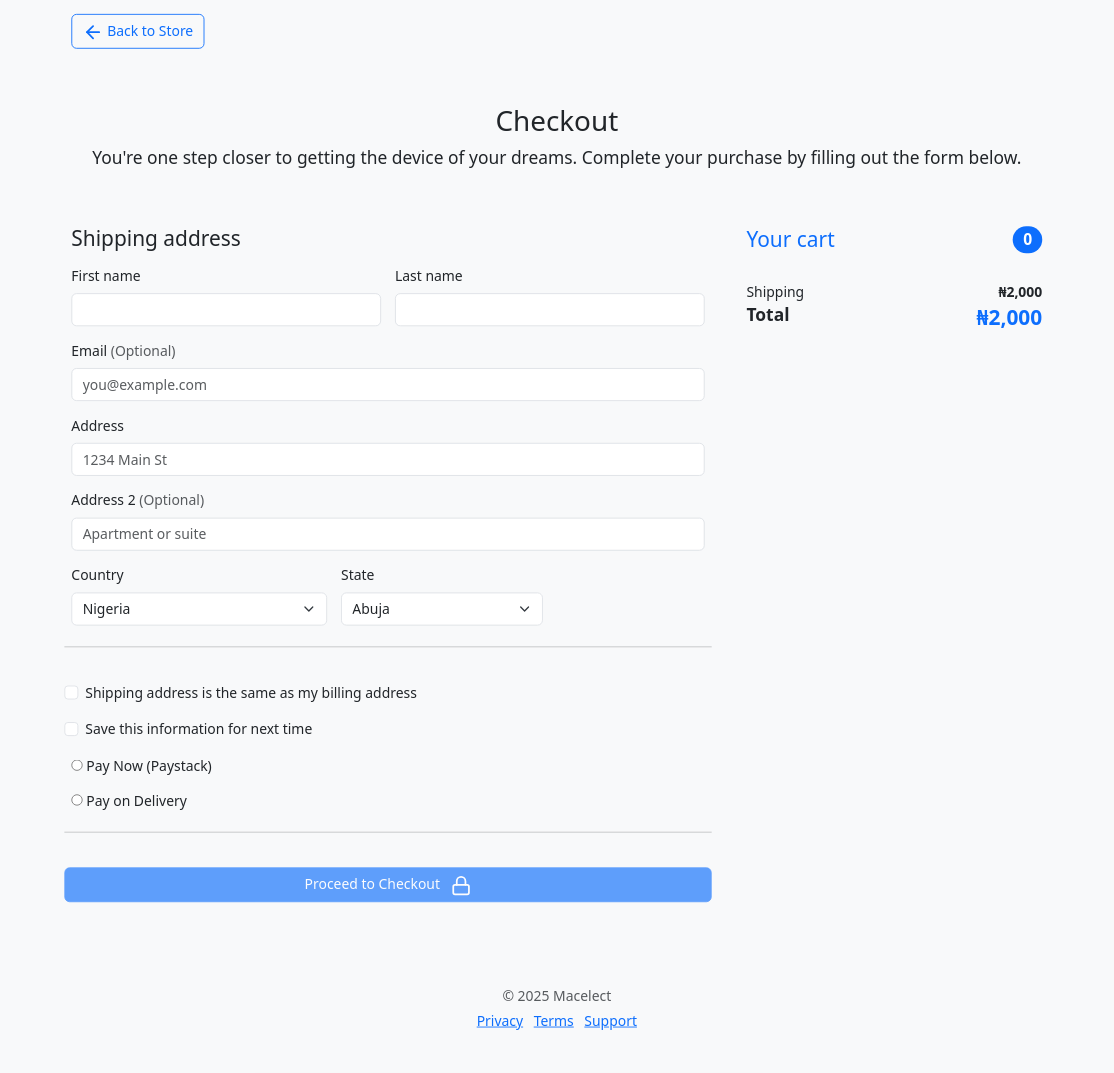
Repository: Davidobi21/macelect
Page: frontend/pages/checkout.html
The author's editor kept a copy of each file at every save. The page is drawn from the files as they stood at one save, then again after the next save.
The browser window is 1280 px wide. The pictures show the whole page, at 87% of full size.

Above is the page before, as saved 2025-04-30 10:26:34.

### frontend/pages/checkout.html
<!DOCTYPE html>
<html lang="en">
<head>
  <meta charset="UTF-8">
  <meta name="viewport" content="width=device-width, initial-scale=1.0">
  <title>Checkout</title>
  <script src="https://cdn.jsdelivr.net/npm/lucide@latest/dist/umd/lucide.min.js"></script>
  <script src="./js/checkout.js" defer></script>
  <script src="https://js.paystack.co/v1/inline.js"></script>
  <link href="https://cdn.jsdelivr.net/npm/bootstrap@5.3.0-alpha1/dist/css/bootstrap.min.css" rel="stylesheet">
</head>
<body class="bg-light">
  <div class="container">
    <!-- Back Button -->
    <div class="py-3">
      <a href="../pages/products.html" class="btn btn-outline-primary align-items-center gap-2">
        <i data-lucide="arrow-left"></i> Back to Store
      </a>
    </div>

    <main>
      <div class="py-5 text-center">
        <h2>Checkout</h2>
        <p class="lead">You're one step closer to getting the device of your dreams. Complete your purchase by filling out the form below.</p>
      </div>

      <div class="row g-5">
        <!-- Cart Summary -->
        <div class="col-md-5 col-lg-4 order-md-last">
          <h4 class="d-flex justify-content-between align-items-center mb-3">
            <span class="text-primary">Your cart</span>
            <span class="badge bg-primary rounded-pill cart-count">0</span>
          </h4>
          <ul class="list-group mb-3" id="cart-summary">
            <!-- Cart items will be dynamically populated here -->
          </ul>
          <li class="list-group-item d-flex justify-content-between">
            <span>Shipping</span>
            <strong id="shipping-cost">₦0</strong>
          </li>
          <li class="list-group-item d-flex justify-content-between">
            <span class="fs-5 fw-bold">Total</span>
            <strong id="cart-total" class="fs-4 fw-bold text-primary">₦0</strong>
          </li>
        </div>

        <!-- Billing Form -->
        <div class="col-md-7 col-lg-8">
          <h4 class="mb-3">Shipping address</h4>
          <form>
            <div class="row g-3">
              <div class="col-sm-6">
                <label for="firstName" class="form-label">First name</label>
                <input type="text" class="form-control" id="firstName" placeholder="" value="" required>
              </div>

              <div class="col-sm-6">
                <label for="lastName" class="form-label">Last name</label>
                <input type="text" class="form-control" id="lastName" placeholder="" value="" required>
              </div>

              <div class="col-12">
                <label for="email" class="form-label">Email <span class="text-muted">(Optional)</span></label>
                <input type="email" class="form-control" id="email" placeholder="you@example.com">
              </div>

              <div class="col-12">
                <label for="address" class="form-label">Address</label>
                <input type="text" class="form-control" id="address" placeholder="1234 Main St" required>
              </div>

              <div class="col-12">
                <label for="address2" class="form-label">Address 2 <span class="text-muted">(Optional)</span></label>
                <input type="text" class="form-control" id="address2" placeholder="Apartment or suite">
              </div>

              <div class="col-md-5">
                <label for="country" class="form-label">Country</label>
                <select class="form-select" id="country" required>
                  <option value="Nigeria" selected>Nigeria</option>
                </select>
              </div>

              <div class="col-md-4">
                <label for="state" class="form-label">State</label>
                <select class="form-select" id="state" required>
                  <option value="Abuja">Abuja</option>
                  <option value="Nasarawa">Nasarawa</option>
                  <option value="Kogi">Kogi</option>
                  <option value="Kaduna">Kaduna</option>
                  <option value="Niger">Niger</option>
                  <option value="Benue">Benue</option>
                  <option value="Kwara">Kwara</option>
                  <option value="Plateau">Plateau</option>
                  <option value="Taraba">Taraba</option>
                  <option value="Lagos">Lagos</option>
                  <option value="Oyo">Oyo</option>
                  <option value="Ondo">Ondo</option>
                  <option value="Edo">Edo</option>
                  <option value="Delta">Delta</option>
                  <option value="Anambra">Anambra</option>
                  <option value="Enugu">Enugu</option>
                  <option value="Imo">Imo</option>
                  <option value="Rivers">Rivers</option>
                  <option value="Akwa Ibom">Akwa Ibom</option>
                  <option value="Bayelsa">Bayelsa</option>
                  <option value="Borno">Borno</option>
                  <option value="Yobe">Yobe</option>
                  <option value="Zamfara">Zamfara</option>
                  <option value="Sokoto">Sokoto</option>
                  <option value="Kebbi">Kebbi</option>
                  <option value="Kano">Kano</option>
                  <option value="Jigawa">Jigawa</option>
                  <option value="Gombe">Gombe</option>
                  <option value="Bauchi">Bauchi</option>
                  <option value="Ekiti">Ekiti</option>
                  <option value="Osun">Osun</option>
                  <option value="Ebonyi">Ebonyi</option>
                  <option value="Abia">Abia</option>
                  <option value="Cross River">Cross River</option>
                </select>
              </div>


            <hr class="my-4">

            <div class="form-check">
              <input type="checkbox" class="form-check-input" id="same-address">
              <label class="form-check-label" for="same-address">Shipping address is the same as my billing address</label>
            </div>

            <div class="form-check">
              <input type="checkbox" class="form-check-input" id="save-info">
              <label class="form-check-label" for="save-info">Save this information for next time</label>
            </div>

            <label>
                <input type="radio" name="paymentOption" value="payNow"> Pay Now (Paystack)
              </label>
              <label>
                <input type="radio" name="paymentOption" value="payOnDelivery"> Pay on Delivery
              </label>

            <hr class="my-4">

            <button class="btn btn-primary w-100" id="checkoutButton" disabled>
                Proceed to Checkout
                <span id="padlockWrapper" class="ms-2">
                  <i id="padlockIcon" data-lucide="lock"></i>
                </span>
              </button>
          </form>
        </div>
      </div>
    </main>

    <footer class="my-5 pt-5 text-muted text-center text-small">
      <p class="mb-1">© 2025 Macelect</p>
      <ul class="list-inline">
        <li class="list-inline-item"><a href="../pages/fqa.html">Privacy</a></li>
        <li class="list-inline-item"><a href="../pages/fqa.html">Terms</a></li>
        <li class="list-inline-item"><a href="../pages/fqa.html">Support</a></li>
      </ul>
    </footer>
  </div>
  <script src="https://cdn.jsdelivr.net/npm/bootstrap@5.3.0-alpha1/dist/js/bootstrap.bundle.min.js"></script>
</body>
</html>

### frontend/pages/js/checkout.js
document.addEventListener("DOMContentLoaded", () => {
  lucide.createIcons(); // Initialize Lucide icons

  const cartSummary = document.getElementById("cart-summary");
  const cartTotal = document.getElementById("cart-total");
  const shippingCostElement = document.getElementById("shipping-cost");
  const cartCount = document.querySelector(".cart-count");
  const countrySelect = document.getElementById("country");
  const stateSelect = document.getElementById("state");
  const checkoutButton = document.getElementById("checkoutButton");
  const padlockIcon = document.getElementById("padlockIcon");
  const formInputs = document.querySelectorAll("#firstName, #lastName, #email, #address, #country, #state, #zip");

  const cart = JSON.parse(localStorage.getItem("cart")) || [];
  let total = 0;

  function calculateShippingCost(country, state) {
    if (country !== "Nigeria") return 0;

    const distanceTiers = {
      // Distance Level 0 (Abuja)
      "Abuja": 0,

      // Distance Level 1 (nearby states)
      "Nasarawa": 1,
      "Kogi": 1,
      "Kaduna": 1,
      "Niger": 1,

      // Distance Level 2
      "Benue": 2,
      "Kwara": 2,
      "Plateau": 2,
      "Taraba": 2,

      // Distance Level 3
      "Lagos": 3,
      "Oyo": 3,
      "Ondo": 3,
      "Edo": 3,
      "Delta": 3,

      // Distance Level 4 (farther states)
      "Anambra": 4,
      "Enugu": 4,
      "Imo": 4,
      "Rivers": 4,
      "Akwa Ibom": 4,
      "Bayelsa": 4,
      "Borno": 4,
      "Yobe": 4,
      "Zamfara": 4,
      "Sokoto": 4,
      "Kebbi": 4,
      "Kano": 4,
      "Jigawa": 4,
      "Gombe": 4,
      "Bauchi": 4,
      "Ekiti": 4,
      "Osun": 4,
      "Ebonyi": 4,
      "Abia": 4,
      "Cross River": 4,

      // Default tier if not listed
      "Others": 3
    };

    const tier = distanceTiers[state] !== undefined ? distanceTiers[state] : distanceTiers["Others"];
    return 2000 * (tier + 1); // base = ₦2000, so tier 0 = ₦2000, tier 1 = ₦4000, etc.
  }


  function updateCartSummary() {
    cartSummary.innerHTML = ""; // Clear existing content
    total = 0;

    cart.forEach(item => {
      const itemTotal = item.price * item.quantity;
      total += itemTotal;

      const listItem = document.createElement("li");
      listItem.className = "list-group-item d-flex justify-content-between lh-sm align-items-center";
      listItem.innerHTML = `
        <div class="d-flex align-items-center gap-2">
          <img src="${item.image}" alt="${item.name}" width="50" height="50" style="object-fit: cover; border-radius: 4px;">
          <div>
            <h6 class="my-0 mb-1">${item.name}</h6>
            <small class="text-muted">Quantity: ${item.quantity}</small>
          </div>
        </div>
        <span class="text-muted">₦${itemTotal.toLocaleString()}</span>
      `;
      cartSummary.appendChild(listItem);
    });

    const country = countrySelect.value;
    const state = stateSelect.value;
    const shippingCost = calculateShippingCost(country, state);

    shippingCostElement.textContent = `₦${shippingCost.toLocaleString()}`;
    cartTotal.textContent = `₦${(total + shippingCost).toLocaleString()}`;
    cartCount.textContent = cart.reduce((count, item) => count + item.quantity, 0);

    validateCheckoutButton(); // Check if the button should be enabled
  }

  function validateCheckoutButton() {
    const isFormValid = Array.from(formInputs).every(input => input.value.trim() !== "");
    const isCartNotEmpty = cart.length > 0;
    const padlockWrapper = document.getElementById("padlockWrapper");

    if (isFormValid && isCartNotEmpty) {
      checkoutButton.disabled = false;
      padlockWrapper.style.display = "none"; // Hide wrapper
    } else {
      checkoutButton.disabled = true;
      padlockWrapper.style.display = "inline-block"; // Show wrapper
    }
  }
  function payWithPaystack() {
    const email = document.getElementById("email").value;
    const shippingInfo = {
      country: countrySelect.value,
      state: stateSelect.value,
      address: document.getElementById("address").value,
    };
    const items = JSON.parse(localStorage.getItem("cart")) || [];

    const totalAmount = total + calculateShippingCost(shippingInfo.country, shippingInfo.state);

    const handler = PaystackPop.setup({
      key: 'pk_test_44f6dbb6159b73b84fff2fc441dcdd997e15c10d', // ✅ PUBLIC key
      email,
      amount: totalAmount * 100,
      currency: "NGN",
      ref: 'Mactelect' + Math.floor(Math.random() * 1000000000 + 1),

      callback: async function (response) {
        try {
          const token = localStorage.getItem('token'); // 🛡️ Auth token
          const res = await fetch('/orders/place', {
            method: 'POST',
            headers: {
              'Content-Type': 'application/json',
              Authorization: `Bearer ${token}`
            },
            body: JSON.stringify({
              items,
              shippingInfo,
              totalAmount,
              paymentStatus: 'Paid'
            })
          });

          const data = await res.json();
          if (res.ok) {
            alert("Order placed! Ref: " + response.reference);
            localStorage.removeItem("cart");
            window.location.href = "/thank-you.html";
          } else {
            alert("Order failed to save: " + data.message);
          }

        } catch (err) {
          console.error(err);
          alert("Error completing order.");
        }
      },

      onClose: function () {
        alert('Transaction cancelled.');
      }
    });

    handler.openIframe();
  }




  formInputs.forEach(input => {
    input.addEventListener("input", validateCheckoutButton);
  });

  countrySelect.addEventListener("change", updateCartSummary);
  stateSelect.addEventListener("change", updateCartSummary);
  checkoutButton.addEventListener("click", (e) => {
    e.preventDefault();
    payWithPaystack();
  });

  updateCartSummary(); // Initial update
});

After the next save:
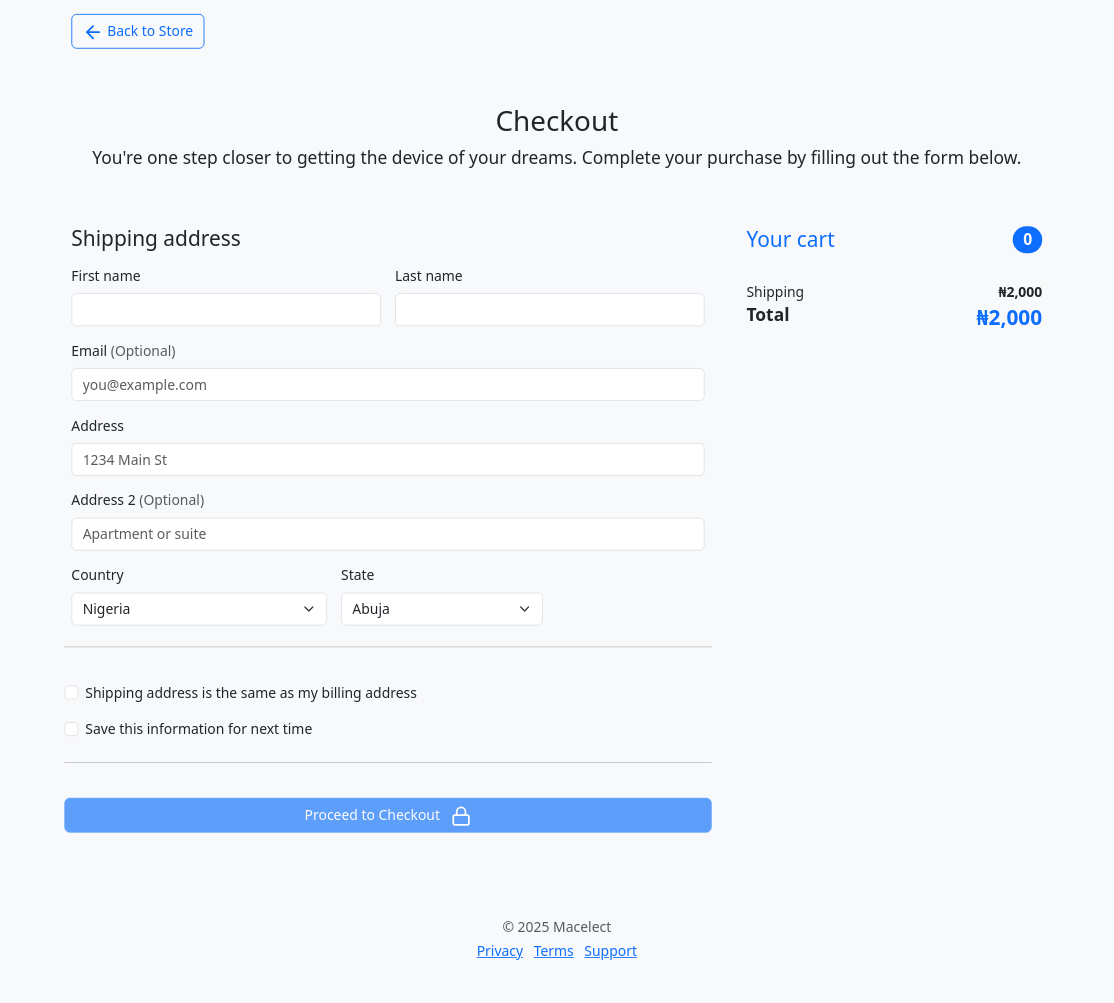
Saved 28 s later.
--- a/frontend/pages/checkout.html
+++ b/frontend/pages/checkout.html
@@ -7,6 +7,7 @@
   <script src="https://cdn.jsdelivr.net/npm/lucide@latest/dist/umd/lucide.min.js"></script>
   <script src="./js/checkout.js" defer></script>
   <script src="https://js.paystack.co/v1/inline.js"></script>
+
   <link href="https://cdn.jsdelivr.net/npm/bootstrap@5.3.0-alpha1/dist/css/bootstrap.min.css" rel="stylesheet">
 </head>
 <body class="bg-light">
@@ -134,13 +135,6 @@
               <label class="form-check-label" for="save-info">Save this information for next time</label>
             </div>
 
-            <label>
-                <input type="radio" name="paymentOption" value="payNow"> Pay Now (Paystack)
-              </label>
-              <label>
-                <input type="radio" name="paymentOption" value="payOnDelivery"> Pay on Delivery
-              </label>
-
             <hr class="my-4">
 
             <button class="btn btn-primary w-100" id="checkoutButton" disabled>
